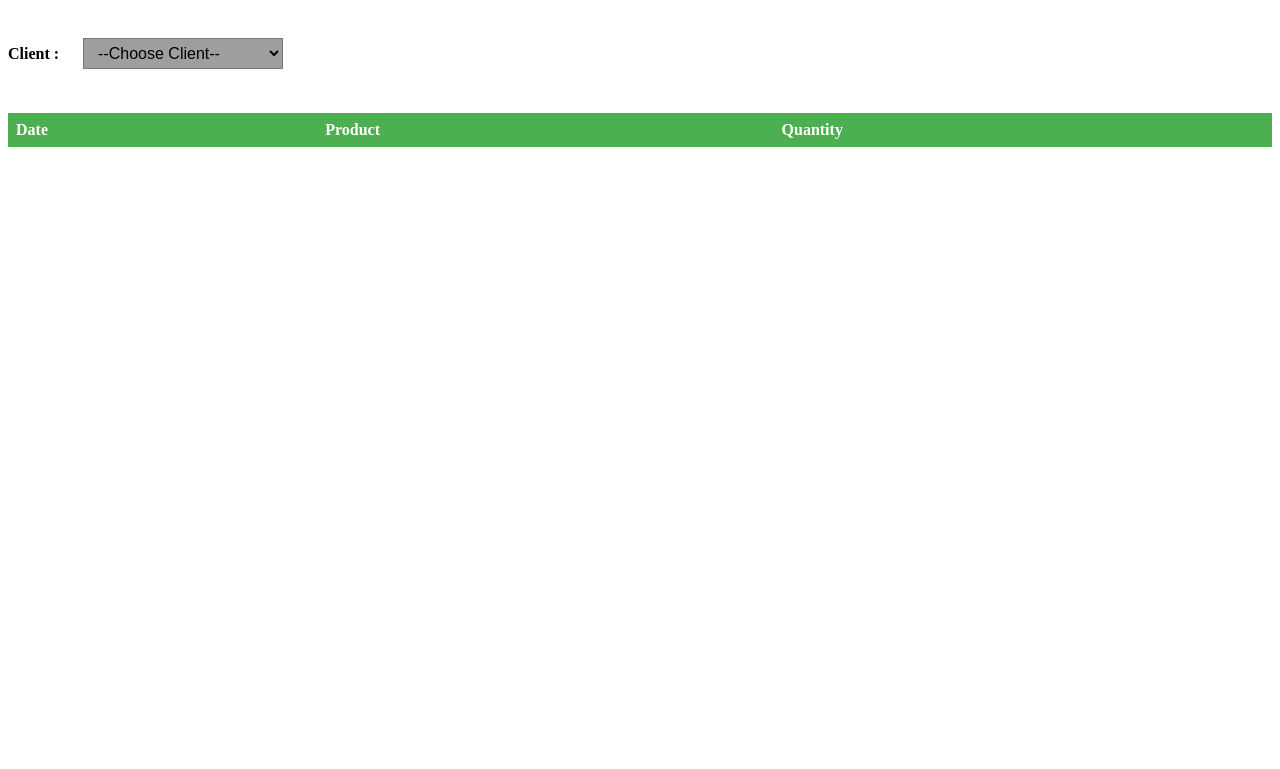
Repository: erjaimin/coding-ground
Page: http://localhost/SalesWebApp/stats.jsp
The author's editor kept a copy of each file at every save. The page is drawn from the files as they stood at one save, then again after a run of saves.
The browser window is 1280 px wide. The pictures show the whole page.
Pictures or frames that could not be fetched are drawn as grey boxes. Some web libraries are served in a nearby version. The page is served by Tomcat 9. Queries for data that is not in the repository find no rows.

Above is the page before, as saved 2017-11-28 18:48:31.

### SalesWebApp/WebContent/stats.jsp
<!DOCTYPE html>
<%@ page language="java" contentType="text/html; charset=UTF-8"
    pageEncoding="UTF-8"%>
<%@ page import="java.sql.*"%>
<%@ page import="java.util.Map"%>
<%@ page import="java.util.HashMap"%>
<%@ page import="java.util.LinkedHashMap"%>
<%@ taglib prefix="c" uri="http://java.sun.com/jsp/jstl/core" %>
<%! String query1 = "SELECT CUSTOMER.CUSTOMER_ID, CUSTOMER.CUSTOMER_NAME "+
	    "FROM CUSTOMER INNER JOIN SALES_ORDER ON SALES_ORDER.CUSTOMER_ID = CUSTOMER.CUSTOMER_ID "+
	    "GROUP BY CUSTOMER.CUSTOMER_ID, CUSTOMER.CUSTOMER_NAME";
	String query2 = "SELECT SUM(SALES_ORDER_LINE_ITEM.QUANTITY) AS Quantity, "+
	    "BOM.OUTPUT_DESCRIPTION AS Product, SALES_ORDER.BILLING_DATE FROM SALES_ORDER_LINE_ITEM "+
	    "INNER JOIN sales_order ON SALES_ORDER_LINE_ITEM.SALES_ORDER_ID = SALES_ORDER.SALES_ORDER_ID "+
	    "INNER JOIN CUSTOMER ON CUSTOMER.CUSTOMER_ID = SALES_ORDER.CUSTOMER_ID "+
	    "INNER JOIN BOM ON BOM.EFFECTIVE_DATE = SALES_ORDER.DELIVERY_DATE "+
	    "AND BOM.OUTPUT_PRODUCT_ID = SALES_ORDER_LINE_ITEM.PRODUCT_ID "+
	    "WHERE CUSTOMER.CUSTOMER_ID = ? GROUP BY "+
	    "BOM.OUTPUT_DESCRIPTION, SALES_ORDER.BILLING_DATE";
	String query3 ="SELECT SIM_DATE FROM CURRENT_SIM_DATE";
	/* String query3 ="SELECT SIM_DATE.SIM_DATE FROM CURRENT_SIM_DATE "+
	    "INNER JOIN SIM_DATE ON CURRENT_SIM_DATE.CUR_NB_DAYS >= SIM_DATE.NB_DAYS "+
	    "WHERE VDAY <= MAX_DAYS_PER_ROUND"; */
%>
<%
	ResultSet clients = null;
	ResultSet products = null;
	ResultSet dates = null;
	String server = "avenger.hec.ca\\erpsim";
    String database = "ERPSIM";
    String password = "ERPSIM";
	String path = null;
	Map<String, Map<String, Integer>> productDateMap = new HashMap<>();
	Map<String, Integer> dateMap = new LinkedHashMap<>();;
	try{
		/* Class.forName("com.microsoft.sqlserver.jdbc.SQLServerDriver");
        String connectionUrl = "jdbc:sqlserver://"+server+";databaseName="+database+";user=DAIRY1;password="+password+";";
        Connection connection = (Connection) DriverManager.getConnection(connectionUrl); */
        Class.forName("com.mysql.jdbc.Driver");
        String connectionUrl = "jdbc:mysql://localhost:3306/ERPSIM";
        Connection connection = (Connection) DriverManager.getConnection(connectionUrl, "root", "system");
		Statement st = connection.createStatement();
		clients = st.executeQuery(query1);
		String client = request.getParameter("client");
		if(client != "" && client != null && !client.equals("&")){
			Statement st2 = connection.createStatement(ResultSet.TYPE_SCROLL_INSENSITIVE, ResultSet.CONCUR_READ_ONLY);
			products = st2.executeQuery(query2.replace("?", client));
			Statement st3 = connection.createStatement();
			dates =  st3.executeQuery(query3);
			if(dates != null && products != null){
				while(dates.next()){
					dateMap.put(dates.getString(1), 0);
				}
				while(products.next()){
					int quantity = products.getInt(1);
					String product = products.getString(2);
					String date = products.getString(3);
					//System.out.println(product+";"+date+";"+quantity);
					Map<String, Integer> map = null;
					if(productDateMap.get(product) == null){
						productDateMap.put(product, new LinkedHashMap<>(dateMap));
						map = productDateMap.get(product);
						map.put(date, quantity);
					}else{
						map = productDateMap.get(product);
						if(map.get(date) != null){
							System.out.println(date +"=>"+map.get(date)+";"+quantity);
							map.put(date, map.get(date)+quantity);
						}
					}
					productDateMap.put(product, map);
				}
				products.beforeFirst();
			}
		}
	}catch(Exception e){
		System.out.println("Could not connect to database");
		e.printStackTrace();
	}
%>
<html>
<head>
	<meta http-equiv="Content-Type" content="text/html; charset=UTF-8">
	<title>Sales Statistics</title>
	<style type="text/css">
		.header{
			position: fixed;
		    width: 100%;
		    height: 75px;
		    background-color: white;
		    padding: 0px;
		    margin: 0;
		}
		body{
			padding: 10px 0px;;
		}
		.spacer{
			width: 100%;
   		    height: 95px;
		}
		#customerDropDown{
			  -webkit-appearance: button;
			  -webkit-padding-end: 20px;
			  -webkit-padding-start: 2px;
			  background-image: url(http://i62.tinypic.com/15xvbd5.png),
			    -webkit-linear-gradient(#fafafa, #f4f4f4 40%, #e5e5e5);
			  background-position: 97% center;
			  background-repeat: no-repeat;
			  font-size: medium;
			  margin: 20px;
			  overflow: hidden;
			  padding: 5px 10px;
			  text-overflow: ellipsis;
			  white-space: nowrap;
			  width: 200px;
		}
		.button {
		    border: none;
		    padding: 16px 32px;
		    text-align: center;
		    text-decoration: none;
		    display: inline-block;
		    font-size: 16px;
		    margin: 4px 2px;
		    -webkit-transition-duration: 0.4s; /* Safari */
		    transition-duration: 0.4s;
		    cursor: pointer;
		}
		.button1 {
		    background-color: white;
		    color: black;
		    border: 2px solid #e7e7e7;
		}
		.button1:hover {background-color: #e7e7e7;}
		.button2 {
		    background-color: white;
		    color: black;
		    border: 2px solid #555555;
		}
		.button2:hover {
		    background-color: #555555;
		    color: white;
		}
		table {
		    border-collapse: collapse;
		    width: 100%;
		}
		th, td {
		    text-align: left;
		    padding: 8px;
		}
		th {
		    background-color: #4CAF50;
		    color: white;
		}

		tr:nth-child(even) {background-color: #f2f2f2;}
	</style>
	<script type="text/javascript">
		function init(){
			if(localStorage.getItem('selectedIndex') > 0){
				document.getElementById("customerDropDown").options[localStorage.getItem('selectedIndex')].selected = true;
				document.getElementById('btnTable').style.display = "inline-block";
				document.getElementById('btnGraph').style.display = "inline-block";

				var ctx = document.getElementById('myChart').getContext('2d');
				var options = {
						scales: {
							xAxes: [ { ticks: { autoSkip: false }
								 } ]
							}
				};
				var donnees = {
					    labels: [
					    	<%int noOfDates = dateMap.size();
					    	  int counter1 = 0;
					    	  for(Map.Entry<String, Integer> date : dateMap.entrySet()){%>
					    	  	<%="'"+date.getKey()+"'"%>
					    	  	<%if(counter1 +1 < noOfDates){counter1++;%>
					    	  		,
					    	<%}}%>
					    ],
					    datasets: [
					    	<%int noOfProducts = productDateMap.size();
					    	  int counter2 = 0;
					    	  for(Map.Entry<String, Map<String,Integer>> product : productDateMap.entrySet()){%>
					    	  {
							      label: '<%=product.getKey()%>',
							      data:[
							    	  <% int counter3 = 0;
							    	  for(Map.Entry<String, Integer> date : product.getValue().entrySet()){
							    	  %>
							    	  <%=date.getValue()%>
							    	  <%if(counter3 +1 < noOfDates){counter3++;%>
							    	  ,
							    	  <%}}%>
							      ]}
					    	  	<%if(counter2 +1 < noOfProducts){counter2++;%>
					    	  		,
					    	<%}}%>
					    ]
					  };
				var myChart = new Chart(ctx, {
					  type: 'line',
					  data: donnees,
					  options: options
					});
			}else{
				document.getElementById('btnTable').style.display = "none";
				document.getElementById('btnGraph').style.display = "none";
			}
		}

		function fetchClientDetails(e){
			var selectedValue= e.options[e.selectedIndex].value;
			localStorage.setItem('selectedIndex',e.selectedIndex);
			if(e.selectedIndex > 0){
				window.location.replace("stats.jsp?client=" + selectedValue);
			}else{
				window.location.replace("stats.jsp?client=&");
			}
		}

		function tableView(){
			localStorage.removeItem('view');
		}

		function graphView(){
			alert('graph');
			localStorage.setItem('view','graph');
		}
	</script>
	<script src="https://cdnjs.cloudflare.com/ajax/libs/Chart.js/2.6.0/Chart.min.js"></script>
</head>
<body onload="init();">
	<div class="header">
		<label for="customerDropDown" style="font-size: medium; font-weight: bold;">Client : </label>
		<select id="customerDropDown" name="customerDropDown" onchange="fetchClientDetails(this);">
			<option value="&" selected>--Choose Client--</option>
			<%if(clients != null){
	            while(clients.next()){%>
					<option value="<%=clients.getString(1) %>"><%=clients.getString(2) %></option>
			<%}} %>
		</select>
		<input type="button" id="btnTable" value="Table" class="button button1" onclick="tableView();"/>
		<input type="button" id="btnGraph" value="Graph" class="button button2" onclick="graphView();"/>
	</div>
	<div class="spacer">
    	&nbsp;
	</div>
	<div class="table">
		<table>
			<tr>
				<th>Date</th>
				<th>Product</th>
				<th>Quantity</th>
			</tr>
			<%if(products != null){
	            while(products.next()){%>
			<tr>
				<td><%=products.getString(3) %></td>
				<td><%=products.getString(2) %></td>
				<td><%=products.getString(1) %></td>
			</tr>
			<%}}%>
		</table>
	</div>
	<div class="graph">
		<canvas id="myChart" width='800' height='600'></canvas>
	</div>
</body>
</html>

After the next 2 saves:
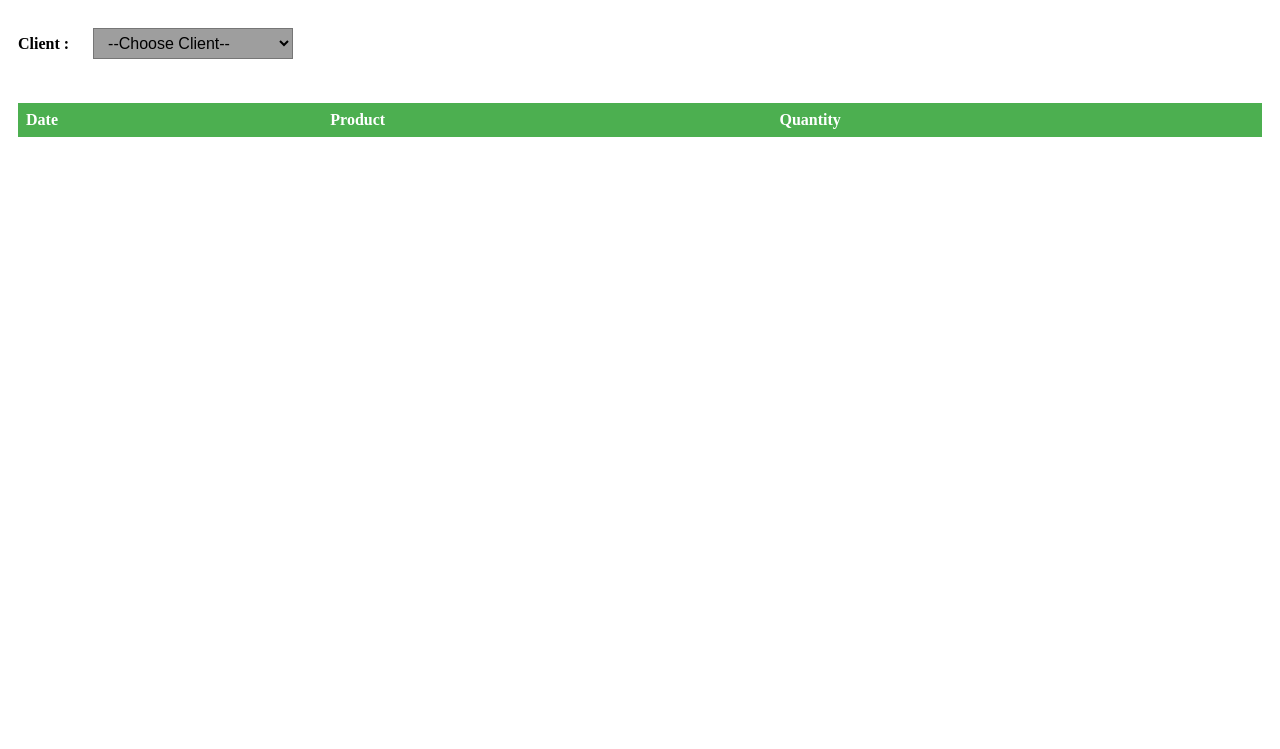
The 2 saves are shown as one change because they came seconds apart.
The last was saved 14 s later.
--- a/SalesWebApp/WebContent/stats.jsp
+++ b/SalesWebApp/WebContent/stats.jsp
@@ -92,7 +92,7 @@
 		    margin: 0;
 		}
 		body{
-			padding: 10px 0px;;
+			padding: 0px 10px;
 		}
 		.spacer{
 			width: 100%;
